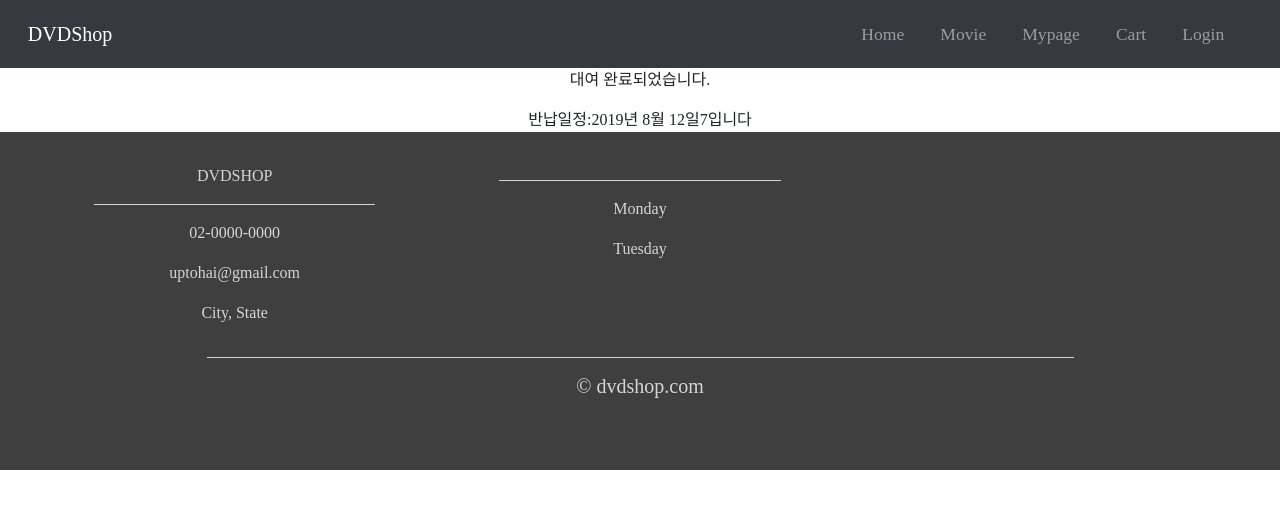
Repository: afterup/dvdshop
Page: http://localhost/shop_project/view/common/movie_rental.jsp
These files come from the project's save history. The page is drawn as it stood at one moment and after the next save; the edit follows.
The browser window is 1280 px wide. The pictures show the whole page.
The page is served by Tomcat 9. Other server files are loaded and not shown.

Above is the page before, as saved 2019-08-14 04:18:07.

### shop_project/WebContent/view/common/movie_rental.jsp
<%@ page language="java" contentType="text/html; charset=UTF-8"
	pageEncoding="UTF-8"%>
<!DOCTYPE html>
<html lang="en">

<head>
<meta charset="UTF-8">
<meta name="viewport" content="width=device-width, initial-scale=1.0">
<meta http-equiv="X-UA-Compatible" content="ie=edge">
<title>Document</title>
<!-- 부트스트랩 css-->
<link rel="stylesheet"
	href="https://stackpath.bootstrapcdn.com/bootstrap/4.3.1/css/bootstrap.min.css"
	integrity="sha384-ggOyR0iXCbMQv3Xipma34MD+dH/1fQ784/j6cY/iJTQUOhcWr7x9JvoRxT2MZw1T"
	crossorigin="anonymous">
<!-- 사용자 css-->
<link rel="stylesheet" href="css/style.css">
</head>

<body>
	<!-- Navigation -->
	<nav class="navbar navbar-expand-md navbar-dark bg-dark sticky-top">
		<div class="container-fluid">
			<a href="#" class="navbar-brand">DVDShop</a>
			<button class="navbar-toggler" type="button" data-toggle="collapse"
				data-target="#navbarResponsive">
				<span class="navbar-toggler-icon"></span>
			</button>
			<div class="collapse navbar-collapse" id="navbarResponsive">
				<ul class="navbar-nav ml-auto">
					<li class="nav-item"><a class="nav-link" href="movie">Home</a></li>
					<li class="nav-item"><a class="nav-link"
						href="movie?action=moviePage">Movie</a></li>
					<li class="nav-item"><a class="nav-link"
						href="movie?action=mypage">Mypage</a></li>
					<li class="nav-item"><a class="nav-link"
						href="movie?action=cart">Cart</a></li>
					<li class="nav-item"><a href="movie?action=login"
						class="nav-link">Login</a></li>
				</ul>
			</div>
		</div>
	</nav>

	<!-- main-->

	<div class="container text-center">

		<p>대여 완료되었습니다.</p>

		반납일정:<span id="time-result"></span>
	</div>

	<!-- Footer -->
	<footer>
		<div class="container-fluid padding">
			<div class="row text-center">
				<div class="col-md-4">
					DVDSHOP
					<hr class="light">
					<p>02-0000-0000</p>
					<p>uptohai@gmail.com</p>
					<p>City, State</p>
				</div>
				<div class="col-md-4">
					<hr class="light">
					<p>Monday</p>
					<p>Tuesday</p>
				</div>
			</div>
			<div class="col-12">
				<hr class="light">
				<h5 class="text-center">&copy; dvdshop.com</h5>
			</div>
		</div>
	</footer>

	<script type="text/javascript">
		var d = new Date();
		var currentDate = d.getFullYear() + "년 " + (d.getMonth() + 1) + "월 "
				+ d.getDate() + "일";
		var result = document.getElementById("time-result");
		result.innerHTML = currentDate +7 +"입니다";
	</script>

	<!-- 부트스트랩 -->
	<script src="https://code.jquery.com/jquery-3.3.1.slim.min.js"
		integrity="sha384-q8i/X+965DzO0rT7abK41JStQIAqVgRVzpbzo5smXKp4YfRvH+8abtTE1Pi6jizo"
		crossorigin="anonymous">

	</script>
	<script
		src="https://cdnjs.cloudflare.com/ajax/libs/popper.js/1.14.7/umd/popper.min.js"
		integrity="sha384-UO2eT0CpHqdSJQ6hJty5KVphtPhzWj9WO1clHTMGa3JDZwrnQq4sF86dIHNDz0W1"
		crossorigin="anonymous">

	</script>
	<script
		src="https://stackpath.bootstrapcdn.com/bootstrap/4.3.1/js/bootstrap.min.js"
		integrity="sha384-JjSmVgyd0p3pXB1rRibZUAYoIIy6OrQ6VrjIEaFf/nJGzIxFDsf4x0xIM+B07jRM"
		crossorigin="anonymous">

	</script>
</body>


</html>

### shop_project/WebContent/css/style.css
html,
body {
    height: 100%;
    width: 100%;
    font-family: "sans-serif";
}

img {
    width: 100%;
}

#adminPage {
    background-color: rgb(250, 249, 242);
}

.navbar {
    padding: .8rem;
}

.navbar-nav li {
    padding-right: 20px;
}

.nav-link {
    font-size: 1.1em !important;
}

.carousel-inner img {
    width: 100%;
    height: 100%;
}

.btn-info {
    background-color: rgb(57, 55, 66);
    color: rgb(240, 240, 240);
    border-color: rgb(57, 55, 66);
}

.jumbotron {
    padding: 1rem;
}

.padding {
    padding-bottom: 2rem;
}

footer {
    background-color: #3f3f3f;
    color: #d5d5d5;
    padding: 2rem;
}

hr.light {
    border-top: 1px solid #d5d5d5;
    width: 75%;
}

After the next save:
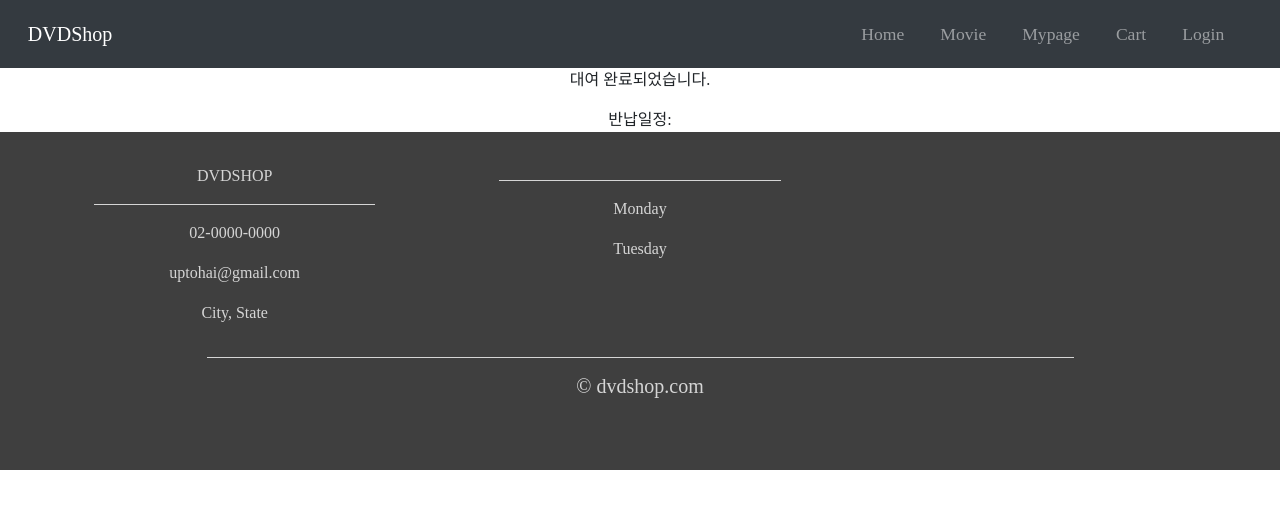
Console error: ReferenceError: today is not defined
Saved 81 s later.
--- a/shop_project/WebContent/view/common/movie_rental.jsp
+++ b/shop_project/WebContent/view/common/movie_rental.jsp
@@ -76,7 +76,8 @@
 	</footer>
 
 	<script type="text/javascript">
-		var d = new Date();
+		var re = new Date();
+		re.setDate(today.getDate() + 7);
 		var currentDate = d.getFullYear() + "년 " + (d.getMonth() + 1) + "월 "
 				+ d.getDate() + "일";
 		var result = document.getElementById("time-result");

After the 2 saves that followed:
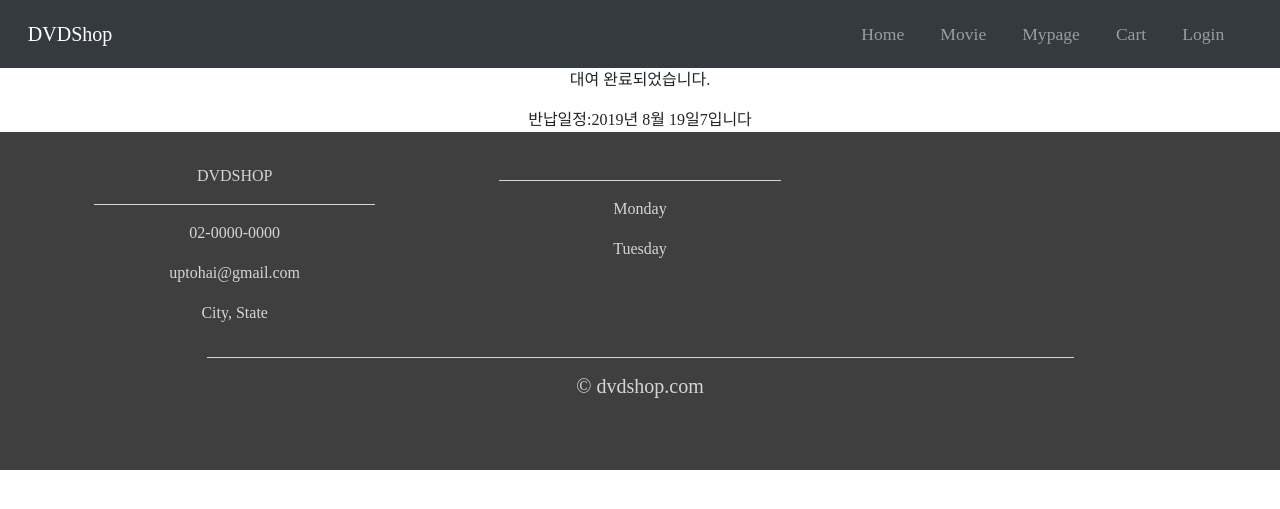
The error is gone.
The 2 saves are shown as one change because 1 left the picture as it was.
The last was saved 57 s later.
--- a/shop_project/WebContent/view/common/movie_rental.jsp
+++ b/shop_project/WebContent/view/common/movie_rental.jsp
@@ -76,8 +76,8 @@
 	</footer>
 
 	<script type="text/javascript">
-		var re = new Date();
-		re.setDate(today.getDate() + 7);
+		var d = new Date();
+		d.setDate(d.getDate() + 7);
 		var currentDate = d.getFullYear() + "년 " + (d.getMonth() + 1) + "월 "
 				+ d.getDate() + "일";
 		var result = document.getElementById("time-result");
